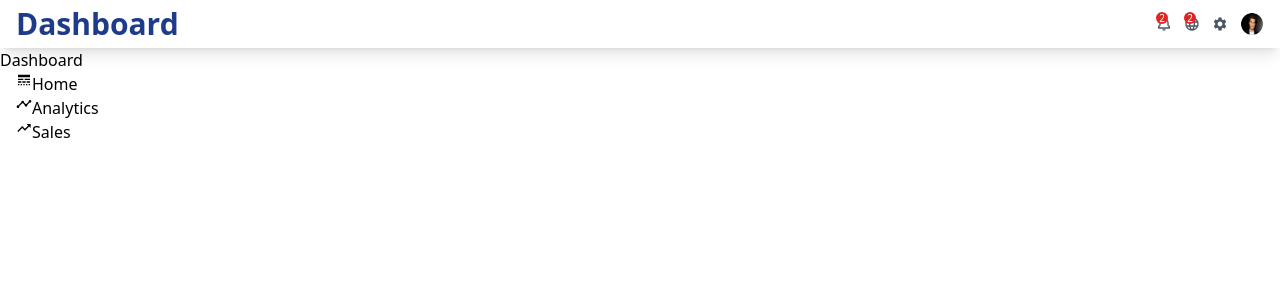
Repository: nation430/React-AdminDashboard
Page: /
These files come from the project's save history. The page is drawn as it stood at one moment and after the next save; the edit follows.
The browser window is 1280 px wide. The pictures show the whole page.
The project was rebuilt for these pictures with package versions that can differ from the ones it lists, and the page was loaded fresh each time.

Above is the page before, as saved 2022-08-18 10:09:26.

### public/index.html
<!DOCTYPE html>
<html lang="en">
  <head>
    <meta charset="utf-8" />
    <meta name="viewport" content="width=device-width, initial-scale=1" />
    <meta name="theme-color" content="#000000" />
    <meta
      name="description"
      content="Web site created using create-react-app"
    />
    <link rel="preconnect" href="https://fonts.googleapis.com" />
    <link rel="preconnect" href="https://fonts.gstatic.com" crossorigin />
    <link
      href="https://fonts.googleapis.com/css2?family=Source+Sans+Pro:wght@200;300;400;600;700&display=swap"
      rel="stylesheet"
    />

    <title>React Admin Dashboard</title>
  </head>
  <body>
    <noscript>You need to enable JavaScript to run this app.</noscript>
    <div id="root"></div>
  </body>
</html>

### src/index.css
@tailwind base;
@tailwind components;
@tailwind utilities;

* {
  margin: 0;
  padding:0;
  box-sizing: border-box;

}

### src/App.js
import Topbar from "./components/topbar/Topbar";
import Sidebar from "./components/sidebar/Sidebar";
import "./app.css";

function App() {
  return (
    <div>
      <Topbar />
      <div className="wrapper flex">
        <Sidebar />
      </div>
    </div>
  );
}

export default App;

### src/components/topbar/Topbar.jsx
import React from "react";
import  "./topbar.css";
import { BiBell } from 'react-icons/bi';
import { MdLanguage, MdSettings  } from "react-icons/md";


export default function Topbar () {
    return(
        <div className="topbar w-full h-12 bg-white sticky top-0 z-50 shadow-lg ">
            <div className="topbarWeapper flex items-center justify-between h-full px-4 py-0">
            <div className="topLeft">
                <span className="logo font-bold text-3xl text-blue-900 cursor-pointer ...">Dashboard</span>
            </div>
            <div className="topRight flex items-center">

                {/* First icon  */}
                <div className="topbarIconsContainer relative cursor-pointer ... ml-3 text-gray-600">
                <BiBell />
                <span className="topIconBadge absolute text-white bg-red-600 right-1 -top-1 flex items-center justify-center rounded-full text-xs h-3 w-3">2</span>
                </div>

                   {/*second icon  */}
                <div className="topbarIconsContainer relative cursor-pointer ... ml-3 text-gray-600">
                <MdLanguage />
                <span className="topIconBadge absolute text-white bg-red-600 right-1 -top-1 flex items-center justify-center rounded-full text-xs h-3 w-3">2</span>
                </div>


                    {/*third icon  */}
                <div className="topbarIconsContainer relative cursor-pointer ... mx-3 text-gray-600">
                < MdSettings  />
                </div>

                <img src="images/img.png" alt="BigCo Inc. logo"  className="topAvater w-6 h-6 rounded-full cursor-pointer ..."/>

            </div>
            </div>
        </div>
    )

}

### src/components/sidebar/Sidebar.jsx
import "./sidebar.css";
import { MdLineStyle, MdOutlineTimeline, MdTrendingUp } from "react-icons/md";

export default function sidebar(){
    return(
        <div className="sidebar">
        <div className="sidebarWrapper">
            <div className="sidebarMenu">
                <h3 className="sidebarTitle">Dashboard</h3>
                <ul className="sidebarList px-4 py-0">
                    <li className="sidebarListItems flex">
                    <MdLineStyle />
                    Home
                    </li>

                    <li className="sidebarListItems flex">
                    <MdOutlineTimeline />
                    Analytics
                    </li>


                    <li className="sidebarListItems flex">
                    <MdTrendingUp />
                   Sales
                    </li>




                </ul>
            </div>
        </div>
        </div>
    )
}

### src/app.css

* {
    margin: 0;
    padding:0;
    box-sizing: border-box;

}

### src/components/topbar/topbar.css
.text-xs{
    font-size: 10px;
  }

### src/components/sidebar/sidebar.css
.sidebar{
    flex: 1;
}

Loaded but not shown: src/index.js (common file); tailwind.config.js (common file)

After the next save:
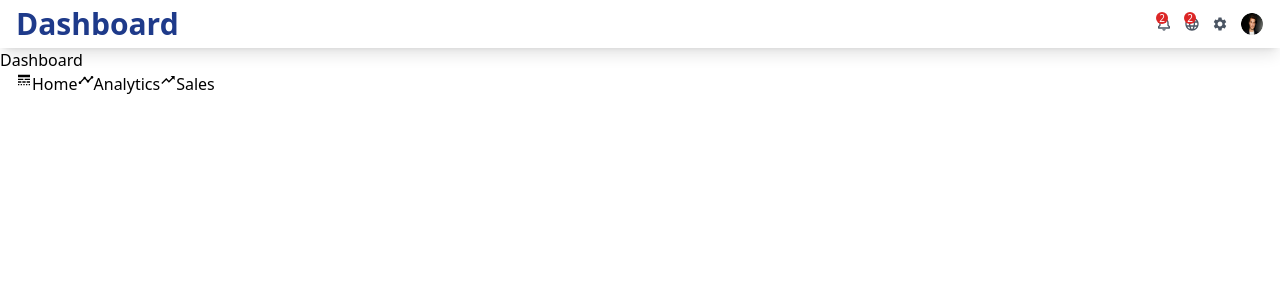
Saved 65 s later.
--- a/src/components/sidebar/Sidebar.jsx
+++ b/src/components/sidebar/Sidebar.jsx
@@ -7,7 +7,7 @@
         <div className="sidebarWrapper">
             <div className="sidebarMenu">
                 <h3 className="sidebarTitle">Dashboard</h3>
-                <ul className="sidebarList px-4 py-0">
+                <ul className="sidebarList px-4 py-0 flex">
                     <li className="sidebarListItems flex">
                     <MdLineStyle />
                     Home

After the save that followed:
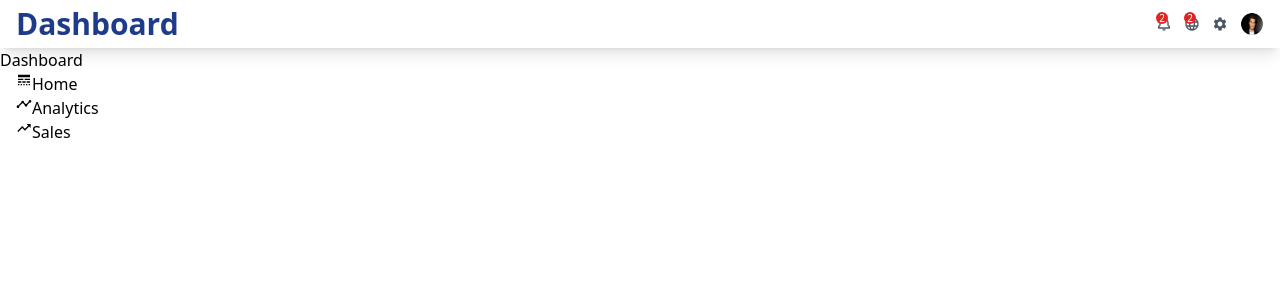
Saved 11 s later.
--- a/src/components/sidebar/Sidebar.jsx
+++ b/src/components/sidebar/Sidebar.jsx
@@ -7,7 +7,7 @@
         <div className="sidebarWrapper">
             <div className="sidebarMenu">
                 <h3 className="sidebarTitle">Dashboard</h3>
-                <ul className="sidebarList px-4 py-0 flex">
+                <ul className="sidebarList px-4 py-0">
                     <li className="sidebarListItems flex">
                     <MdLineStyle />
                     Home
